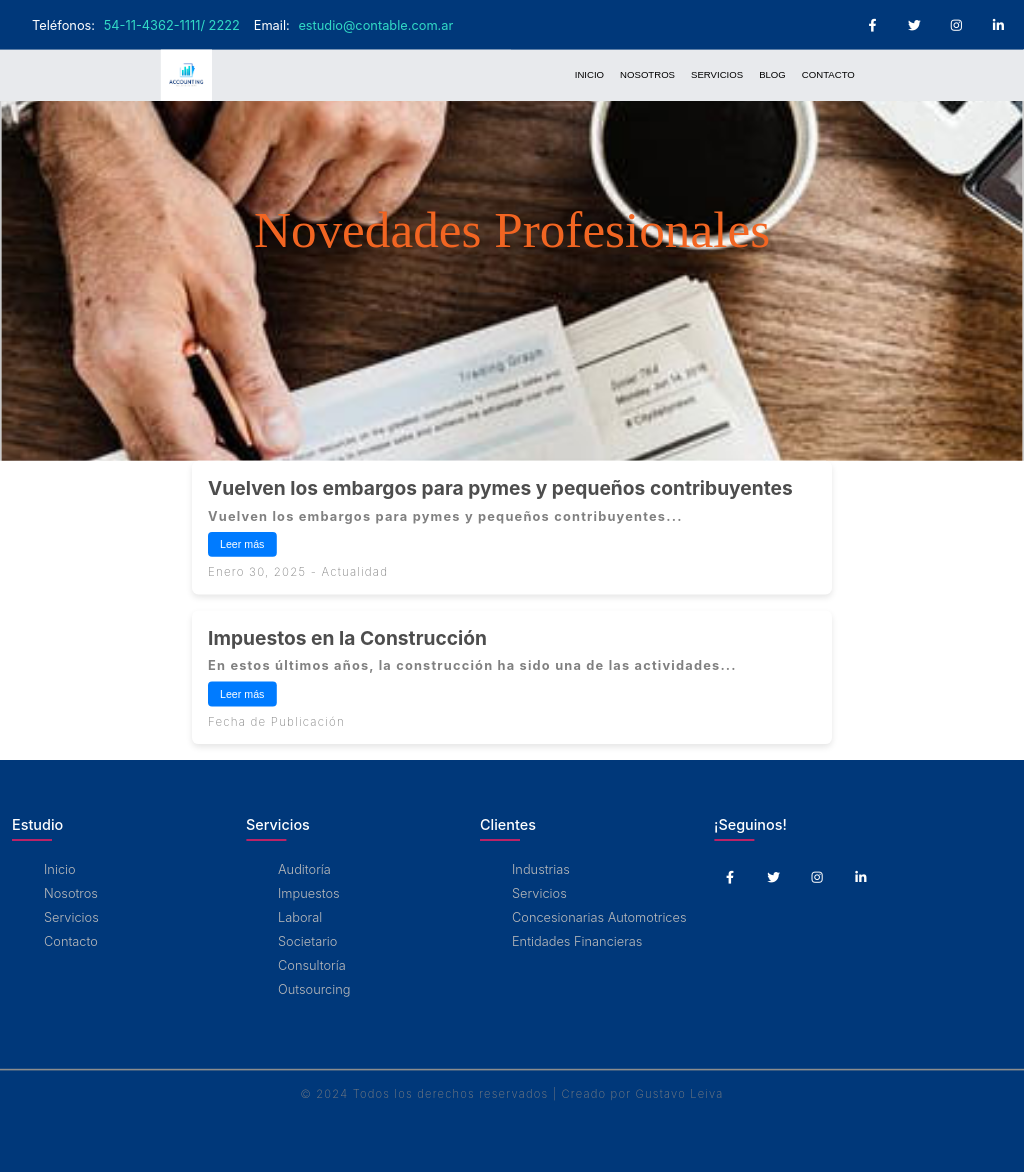
Repository: Gustavo-Leiva/estudioContable
Page: html/blog.html
The author's editor kept a copy of each file at every save. The page is drawn from the files as they stood at one save, then again after the next save.
The browser window is 1280 px wide. The pictures show the whole page, at 80% of full size.
Some web libraries are served in a nearby version.

Above is the page before, as saved 2025-01-31 19:11:03.

After the next save:
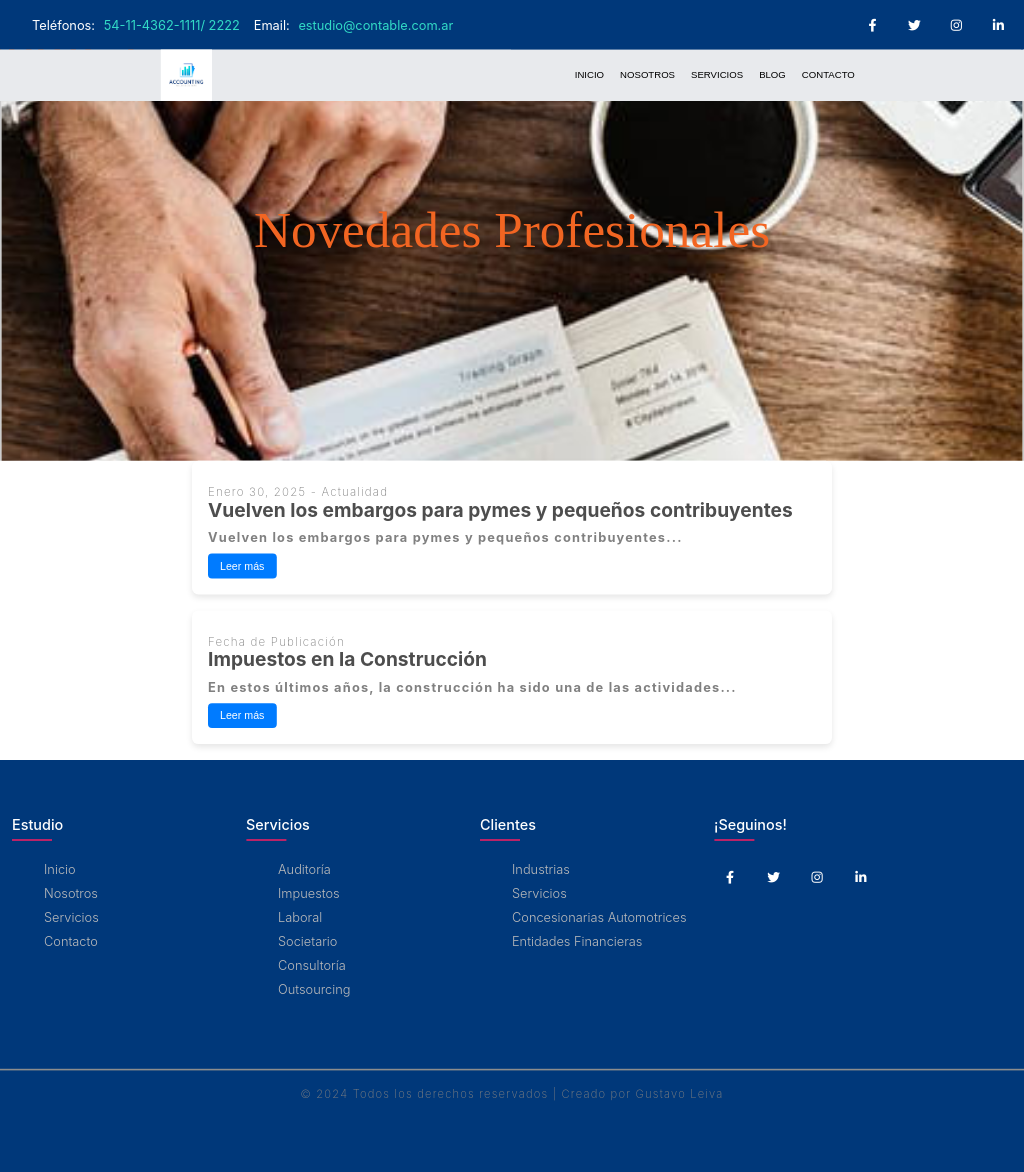
Saved 34 s later.
--- a/js/app1.js
+++ b/js/app1.js
@@ -12,11 +12,11 @@ document.addEventListener("DOMContentLoaded", function () {
 
                 // Crear el HTML de la tarjeta
                 card.innerHTML = `
+                <p class="date">${articulo.fecha}</p>
                     <h2>${articulo.titulo}</h2>
                     <p class="summary">${articulo.resumen}</p>
                     <p class="full-content" style="display: none;">${articulo.contenido}</p>
                     <button class="read-more">Leer más</button>
-                    <p class="date">${articulo.fecha}</p>
                 `;
 
                 // Añadir la tarjeta al contenedor
